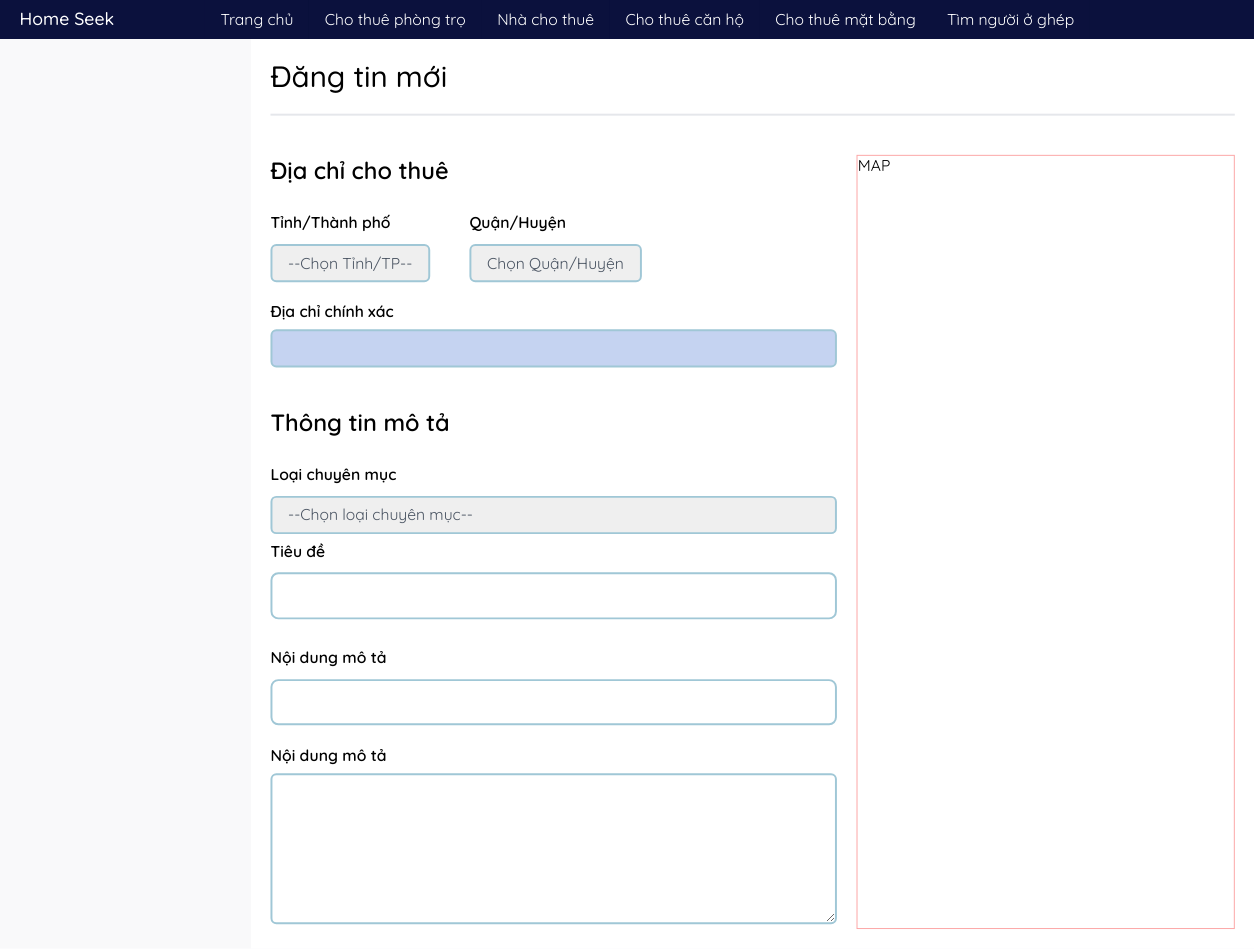
Repository: ajincome26/homeseek
Page: /create (app in client/)
An editor plug-in stored every save of this project. The page is shown before and after the next save, followed by the edit.
The browser window is 1280 px wide. The pictures show the whole page, at 98% of full size.
The page's requests for data from a server got no answer. The project was rebuilt for these pictures with package versions that can differ from the ones it lists, and the page was loaded fresh each time. Some packages were replaced by stand-ins written for this rebuild. No one was signed in, and anything a server would have sent is missing. Also part of the build but not shown: client/vite.config.ts, client/src/components/Footer/Footer.tsx, client/src/components/Button/Button.tsx, client/src/components/Button/index.ts, client/src/utils/utils.tsx, client/src/components/MainHeader/components/User.tsx, client/src/components/Popover/Popover.tsx, client/src/components/Popover/index.ts and 16 more.

Above is the page before, as saved 2024-01-10 05:12:10.

After the next save:
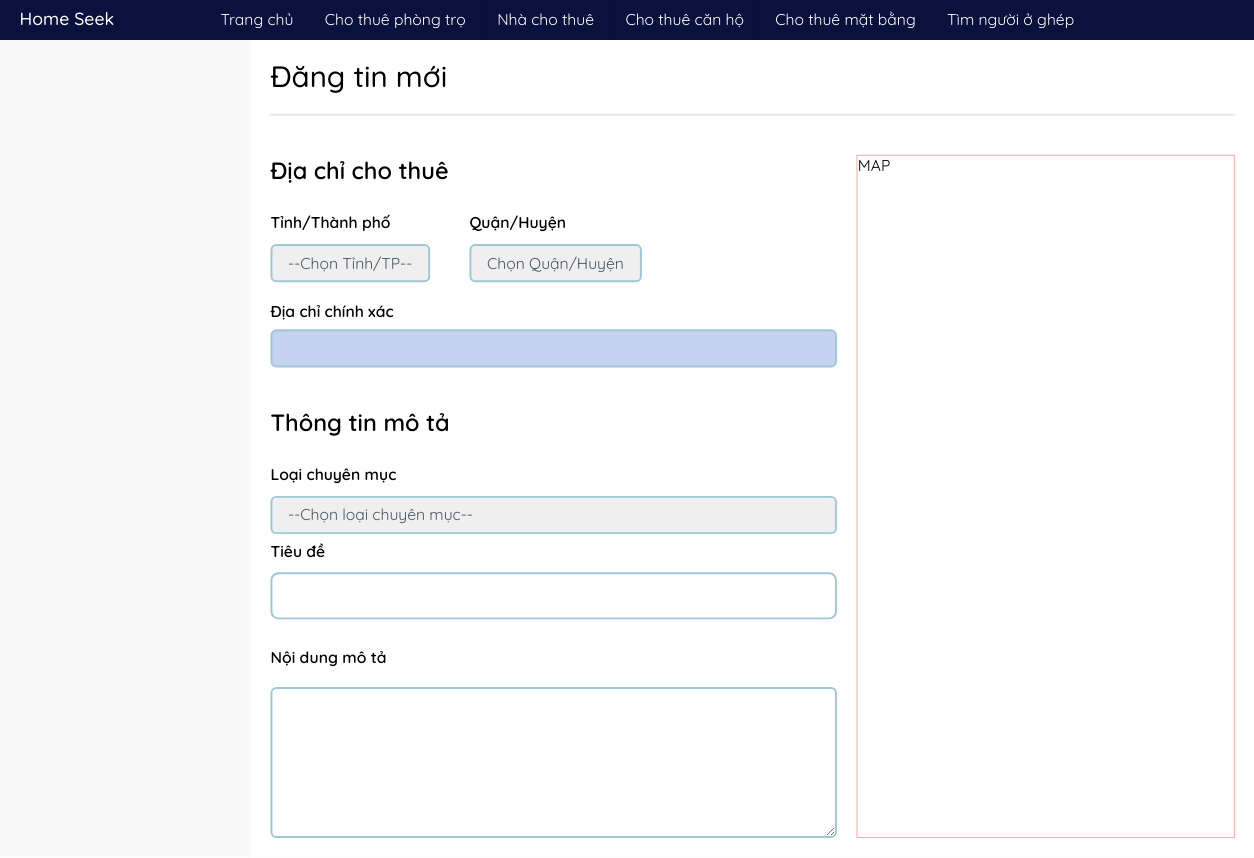
Saved 38 s later.
--- a/client/src/pages/CreatePostPage/components/Overview.tsx
+++ b/client/src/pages/CreatePostPage/components/Overview.tsx
@@ -50,17 +50,6 @@ const Overview = () => {
         <Label textColor='text-black' htmlFor='title'>
           Nội dung mô tả
         </Label>
-        <Input
-          className='px-3 py-2 border-[2px] border-[#a0c7d6] outline-none focus:border-[#4b5fc2] cr-transition flex-1 hover:border-[#a0c7d6]'
-          register={register}
-          name='title'
-          errorMessage={errors.title?.message}
-        />
-      </Field>
-      <div>
-        <label htmlFor='desc' className='font-semibold'>
-          Nội dung mô tả
-        </label>
         <textarea
           id='desc'
           className='mt-2 cr-input-text'
@@ -69,7 +58,7 @@ const Overview = () => {
           // onChange={(e) => setPayload((prev) => ({ ...prev, description: e.target.value }))}
           // onFocus={() => setInvalidFields([])}
         />
-      </div>
+      </Field>
     </div>
   )
 }
